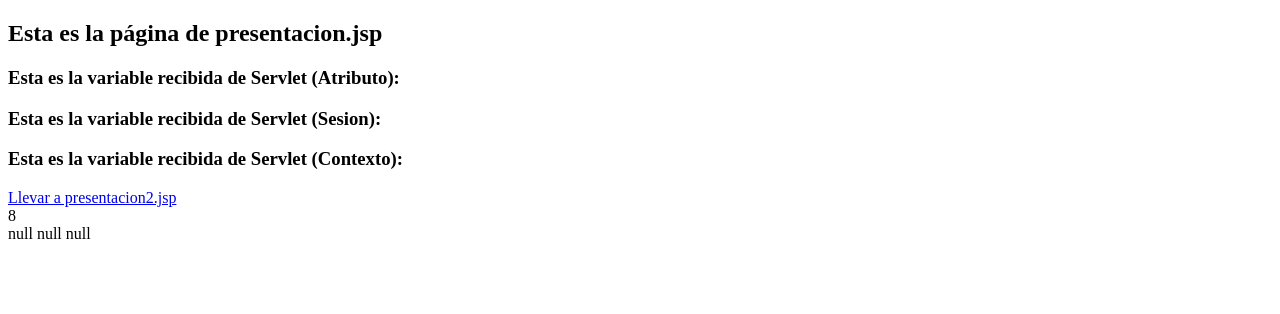
Repository: borispacex/javaee-projects
Page: http://localhost/Java_Web/presentacion.jsp
An editor plug-in stored every save of this project. The page is shown before and after the next save, followed by the edit.
The browser window is 1280 px wide. The pictures show the whole page.
The page is served by Tomcat 9. Other server files are loaded and not shown. The template is opened directly, without the code that normally fills it, so the values that code supplies are empty.

Above is the page before, as saved 2023-05-08 18:53:40.

### Java_Web/WebContent/presentacion.jsp
<%@ page language="java" contentType="text/html; charset=UTF-8"
    pageEncoding="UTF-8"%>
<!DOCTYPE html>
<html>
<head>
<meta charset="UTF-8">
<title>Presentación</title>
</head>
<body>
	<h2>Esta es la página de presentacion.jsp</h2>

	<h3>Esta es la variable recibida de Servlet (Atributo): ${name1}</h3>
	<h3>Esta es la variable recibida de Servlet (Sesion): ${name2}</h3>
	<h3>Esta es la variable recibida de Servlet (Contexto): ${name3}</h3>

	<a href="presentacion2.jsp">Llevar a presentacion2.jsp</a>

	</br>

	<%
		// scriptlets
		int a = 3;
		int b = 5;
		int c = a + b;
		out.print(c);
	%>
	</br>
	<%= request.getAttribute("name1") %>
	<!-- Expresion Language -->
	<%= request.getSession().getAttribute("name2") %>
	<%= getServletContext().getAttribute("name3") %>
</body>
</html>

After the next save:
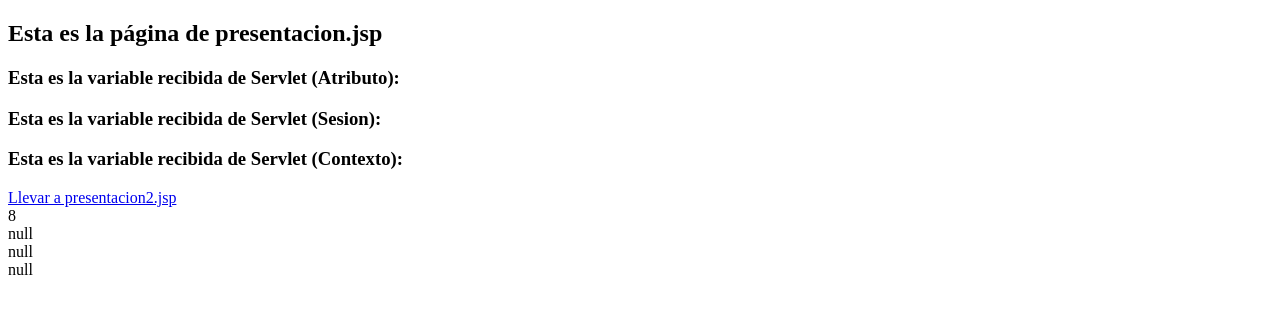
Saved 23 s later.
--- a/Java_Web/WebContent/presentacion.jsp
+++ b/Java_Web/WebContent/presentacion.jsp
@@ -27,7 +27,9 @@
 	</br>
 	<%= request.getAttribute("name1") %>
 	<!-- Expresion Language -->
+	</br>
 	<%= request.getSession().getAttribute("name2") %>
+	</br>
 	<%= getServletContext().getAttribute("name3") %>
 </body>
 </html>
